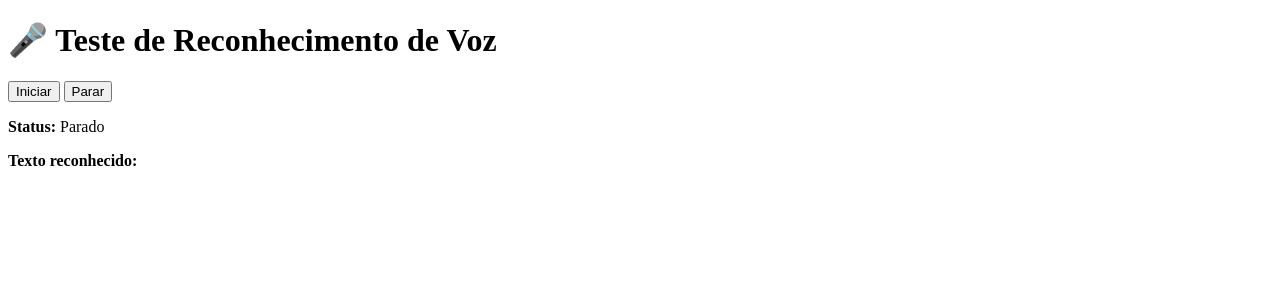
Repository: EduardoFerr/sonha-ai
Page: teste.html
These files come from the project's save history. The page is drawn as it stood at one moment and after the next save; the edit follows.
The browser window is 1280 px wide. The pictures show the whole page.

Above is the page before, as saved 2025-05-20 19:03:50.

After the next save:
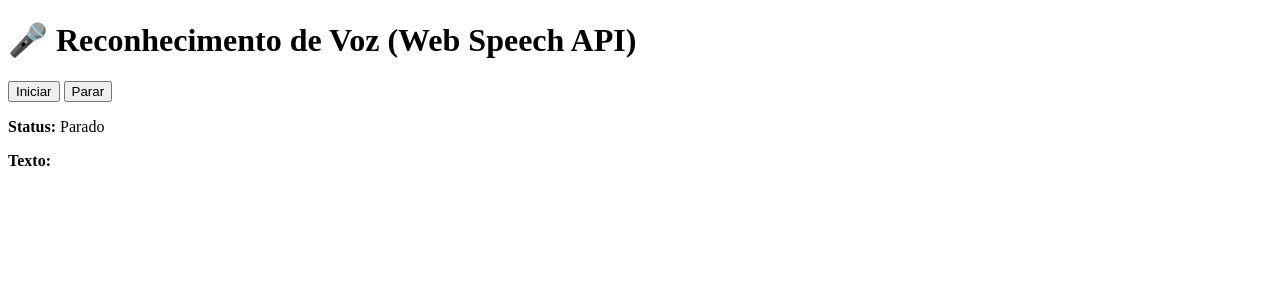
Saved 6 min 40 s later.
--- a/teste.html
+++ b/teste.html
@@ -2,16 +2,16 @@
 <html lang="pt-BR">
 <head>
   <meta charset="UTF-8" />
-  <title>Teste de Reconhecimento de Voz</title>
+  <title>Teste de Voz</title>
 </head>
 <body>
-  <h1>🎤 Teste de Reconhecimento de Voz</h1>
+  <h1>🎤 Reconhecimento de Voz (Web Speech API)</h1>
 
   <button id="start">Iniciar</button>
   <button id="stop">Parar</button>
 
   <p><strong>Status:</strong> <span id="status">Parado</span></p>
-  <p><strong>Texto reconhecido:</strong></p>
+  <p><strong>Texto:</strong></p>
   <pre id="output"></pre>
 
   <script>
@@ -21,24 +21,12 @@
     const SpeechRecognition = window.SpeechRecognition || window.webkitSpeechRecognition;
 
     if (!SpeechRecognition) {
-      alert('Web Speech API não é suportada neste navegador.');
+      alert('Seu navegador não suporta a Web Speech API');
     } else {
       const recognition = new SpeechRecognition();
       recognition.lang = 'pt-BR';
       recognition.continuous = true;
       recognition.interimResults = true;
-
-      recognition.onresult = (event) => {
-        const texto = Array.from(event.results)
-          .map(r => r[0].transcript)
-          .join(' ');
-        output.textContent = texto;
-      };
-
-      recognition.onerror = (event) => {
-        status.textContent = `Erro: ${event.error}`;
-        console.error('Erro no reconhecimento:', event.error);
-      };
 
       recognition.onstart = () => {
         status.textContent = 'Gravando...';
@@ -48,23 +36,29 @@
         status.textContent = 'Parado';
       };
 
-      document.getElementById('start').onclick = async () => {
+      recognition.onerror = (event) => {
+        status.textContent = `Erro: ${event.error}`;
+        console.error('Erro:', event.error);
+      };
+
+      recognition.onresult = (event) => {
+        const texto = Array.from(event.results)
+          .map(r => r[0].transcript)
+          .join(' ');
+        output.textContent = texto;
+      };
+
+      document.getElementById('start').addEventListener('click', () => {
         try {
-          const perm = await navigator.permissions?.query({ name: 'microphone' });
-          console.log('Permissão:', perm?.state);
-          if (perm?.state === 'denied') {
-            alert('Permissão de microfone negada. Verifique nas configurações do navegador.');
-            return;
-          }
-          recognition.start();
+          recognition.start(); // deve ser chamado diretamente após o clique
         } catch (e) {
           console.error('Erro ao iniciar:', e);
         }
-      };
+      });
 
-      document.getElementById('stop').onclick = () => {
+      document.getElementById('stop').addEventListener('click', () => {
         recognition.stop();
-      };
+      });
     }
   </script>
 </body>
